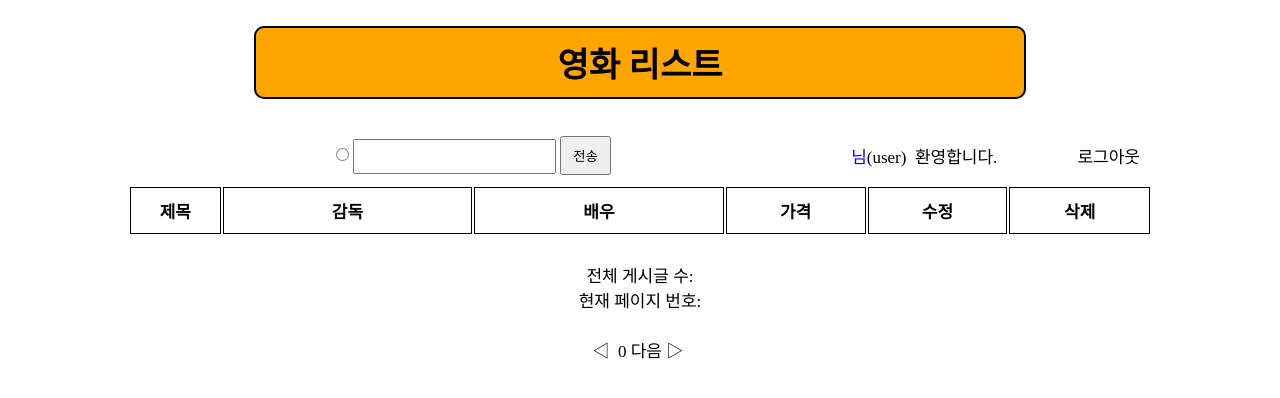
Repository: EverythingOfC/movie
Page: http://localhost/movie/movie/list.jsp
The author's editor kept a copy of each file at every save. The page is drawn from the files as they stood at one save, then again after the next save.
The browser window is 1280 px wide. The pictures show the whole page.
The page is served by Tomcat 9. Nobody is signed in. The application's start-up code is not run. The template is opened directly, without the code that normally fills it, so the values that code supplies are empty.

Above is the page before, as saved 2023-01-03 10:00:55.

After the next save:
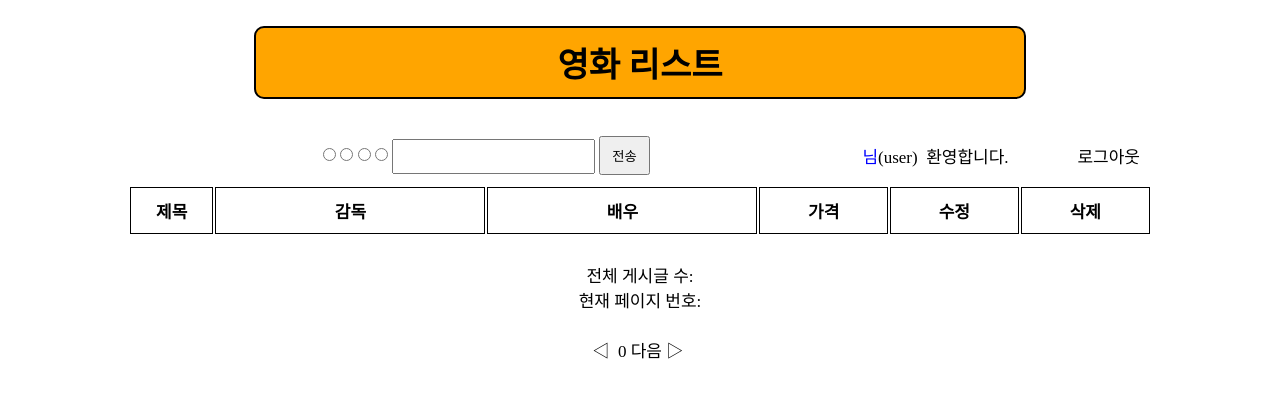
Saved 40 s later.
--- a/movie/src/main/webapp/movie/list.jsp
+++ b/movie/src/main/webapp/movie/list.jsp
@@ -21,9 +21,15 @@
 				<td style="border:0;"></td>
 				<td colspan="2" style="border:0; text-align:center;">
 				<form action="ms?command=list" method="get">
-				<input type="radio" name="column" value="제목">
-					<input type="text" name="search" style="padding:8px 11px;">
-					<input type="submit" value="전송" style="padding:8px 11px;">
+
+				<input type="radio" name="column" value="title">
+				<input type="radio" name="column" value="director">
+				<input type="radio" name="column" value="actor">
+				<input type="radio" name="column" value="price">
+
+				<input type="text" name="search" style="padding:8px 11px;">
+				<input type="submit" value="전송" style="padding:8px 11px;">
+
 				</form>
 				</td>
 
